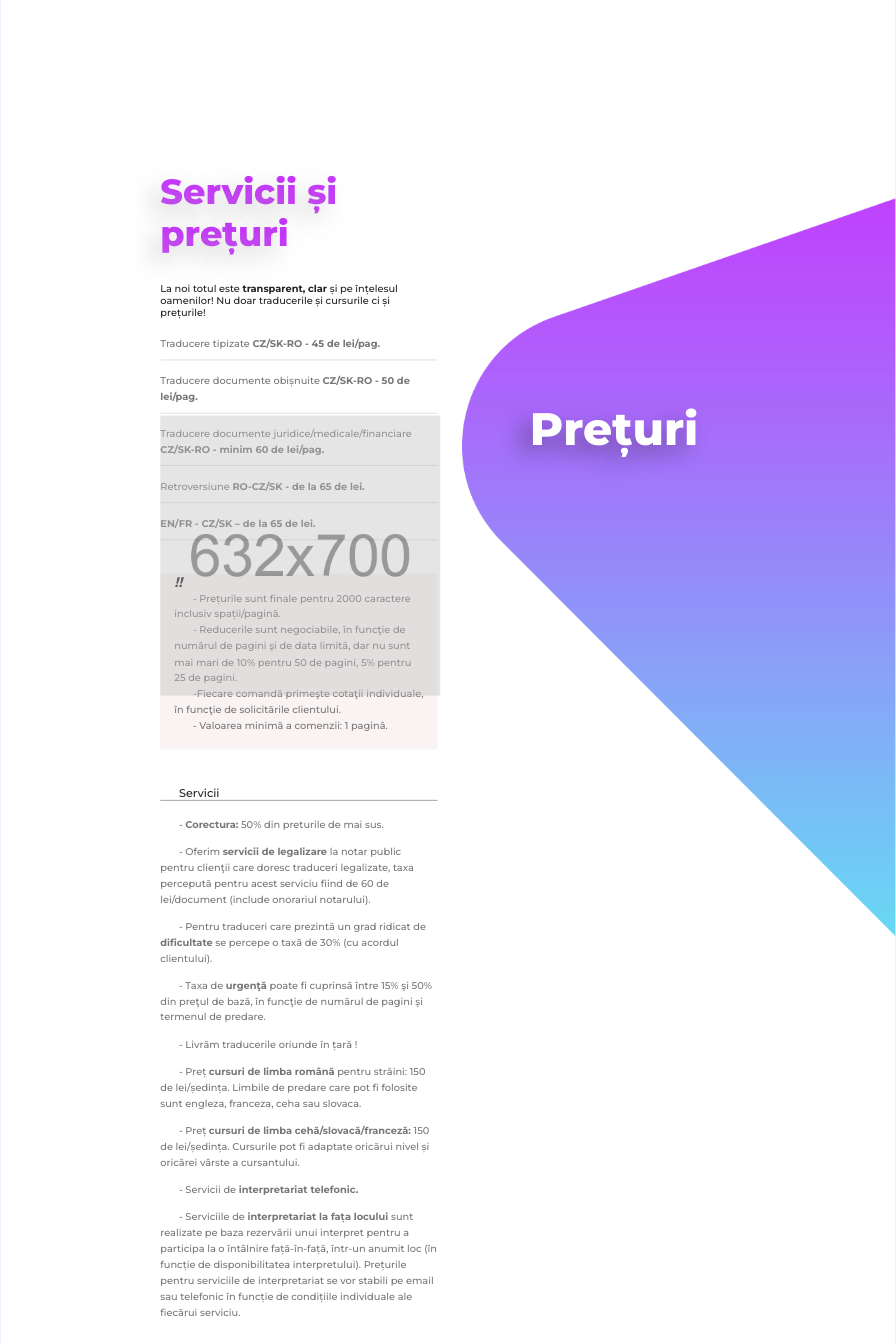
Repository: roscaImarius/site_traduceri
Page: index.html
These files come from the project's save history. The page is drawn as it stood at one moment and after the next save; the edit follows.
The browser window is 1280 px wide. The pictures show the part of the page from y = 3184 to 5104 px (the page is 6450 px tall before and 7441 px after), at 70% of full size.

Above is the page before, as saved 2022-03-22 03:31:42.

After the next save:
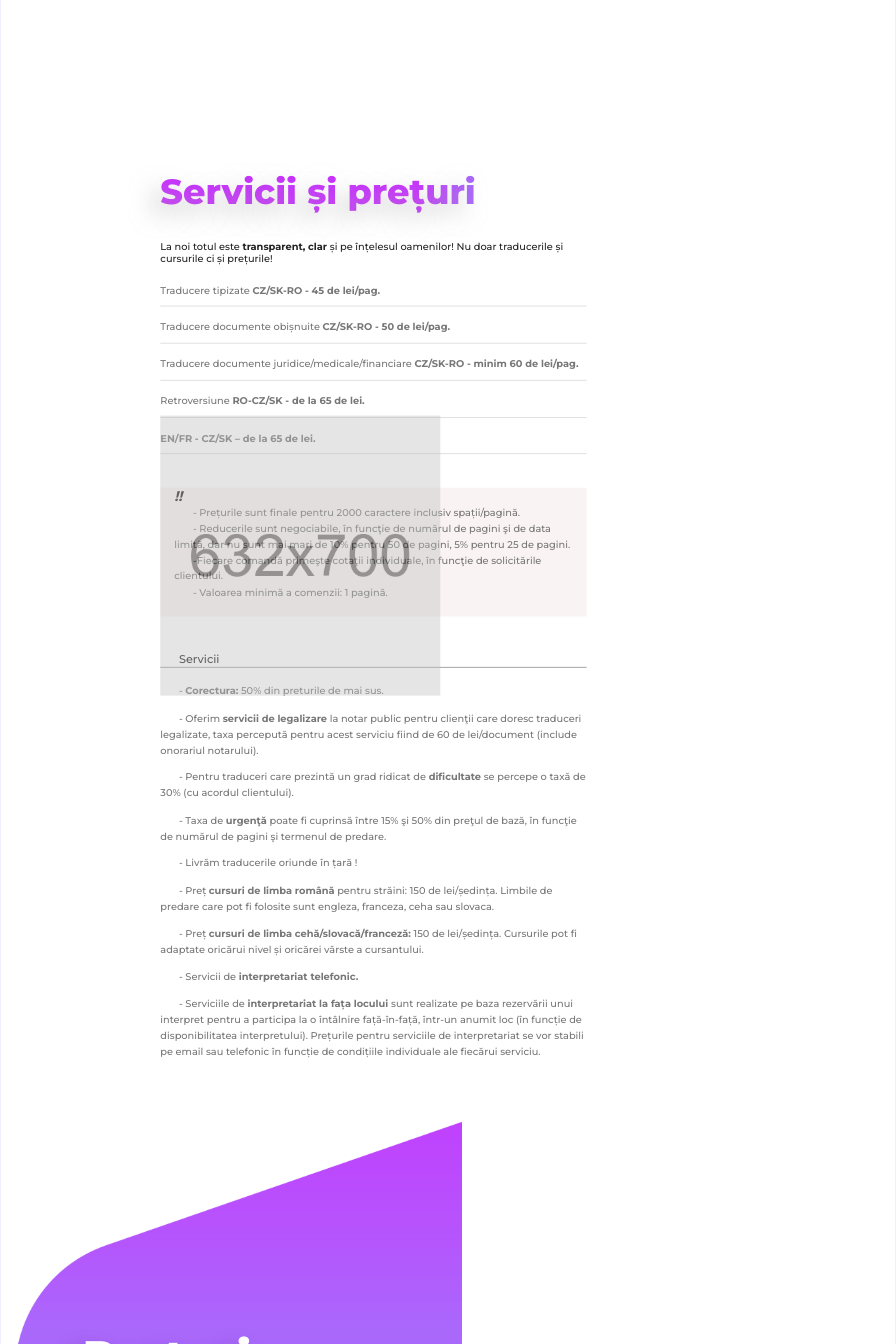
Saved 10 s later.
--- a/index.html
+++ b/index.html
@@ -234,7 +234,7 @@
     <section class="price-area section-gap-top-5 relative" id="portfolio">
       <div class="container-fluid">
         <div class="row row-reverse">
-          <div class="divFaraPret offset-lg-2 col-lg-4 col-md-12">
+          <div class="divFaraPret offset-lg-2 col-lg-6 col-md-12">
                <div class="pretDrawing"></div>
             <h2 class="heading mb-40">Servicii și prețuri</h2>
             <h6 class="mb-4">
